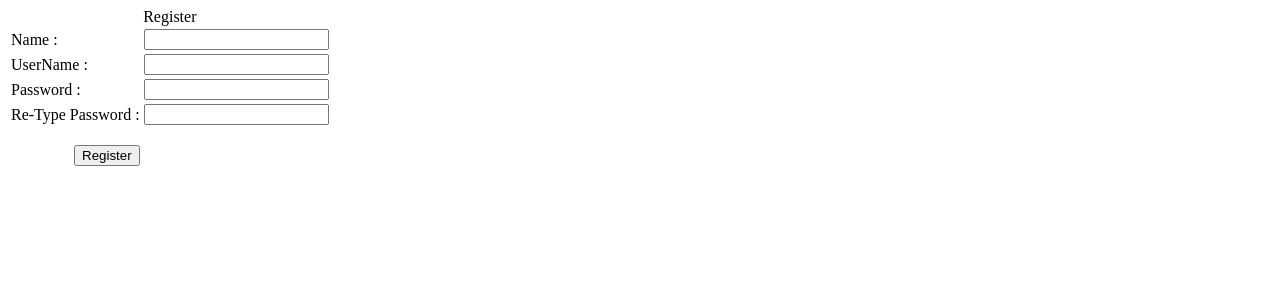
Repository: ShegokarSneha/Login-Registration
Page: http://localhost/LoginRegistration/Register.jsp
The author's editor kept a copy of each file at every save. The page is drawn from the files as they stood at one save, then again after the next save.
The browser window is 1280 px wide. The pictures show the whole page.
The page is served by Tomcat 9. Other server files are loaded and not shown.

Above is the page before, as saved 2019-07-08 09:25:27.

### LoginRegistration/WebContent/Register.jsp
<%@ page language="java" contentType="text/html; charset=UTF-8"
    pageEncoding="UTF-8"%>
<!DOCTYPE html>
<html>
<head>
<meta charset="UTF-8">
<title>Insert title here</title>
</head>
<body>

<form action="Login Register">
<table>
<caption>Register</caption>
<tr><td>Name :</td><td><input type = "text" name = "name"></td>
<tr><td>UserName :</td><td><input type = "text" name = "username"></td>
<tr><td>Password :</td><td><input type = "password" name = "password"></td>
<tr><td>Re-Type Password :</td><td><input type = "password" name = "password"></td>
<tr><td><p align = "right"><input type = "Submit" name = "Submit" value = "Register"></p></td>
</table>
</form>

</body>
</html>

After the next save:
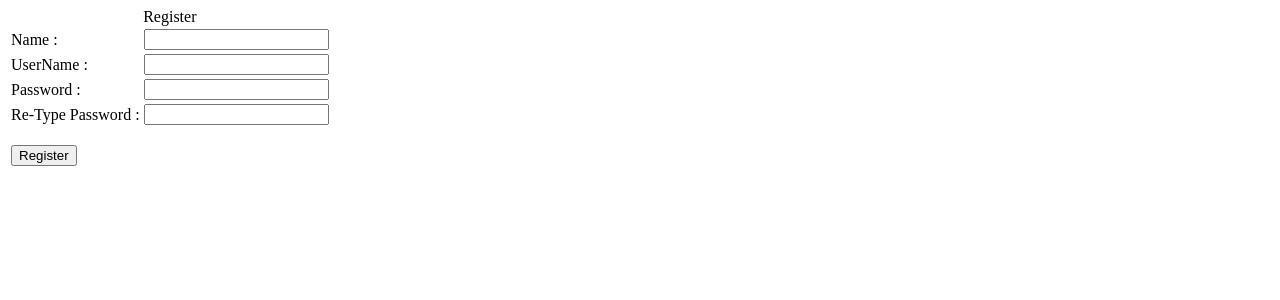
Saved 50 s later.
--- a/LoginRegistration/WebContent/Register.jsp
+++ b/LoginRegistration/WebContent/Register.jsp
@@ -15,7 +15,7 @@
 <tr><td>UserName :</td><td><input type = "text" name = "username"></td>
 <tr><td>Password :</td><td><input type = "password" name = "password"></td>
 <tr><td>Re-Type Password :</td><td><input type = "password" name = "password"></td>
-<tr><td><p align = "right"><input type = "Submit" name = "Submit" value = "Register"></p></td>
+<tr><td><p align = "justify"><input type = "Submit" name = "Submit" value = "Register"></p></td>
 </table>
 </form>
 

After the save that followed:
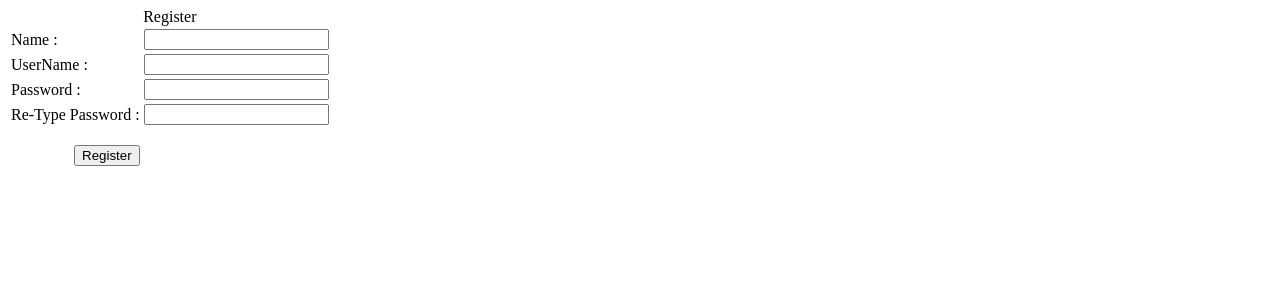
Saved 6 min 55 s later.
--- a/LoginRegistration/WebContent/Register.jsp
+++ b/LoginRegistration/WebContent/Register.jsp
@@ -15,7 +15,7 @@
 <tr><td>UserName :</td><td><input type = "text" name = "username"></td>
 <tr><td>Password :</td><td><input type = "password" name = "password"></td>
 <tr><td>Re-Type Password :</td><td><input type = "password" name = "password"></td>
-<tr><td><p align = "justify"><input type = "Submit" name = "Submit" value = "Register"></p></td>
+<tr><td><p align = "right"><input type = "Submit" name = "Submit" value = "Register"></p></td>
 </table>
 </form>
 
